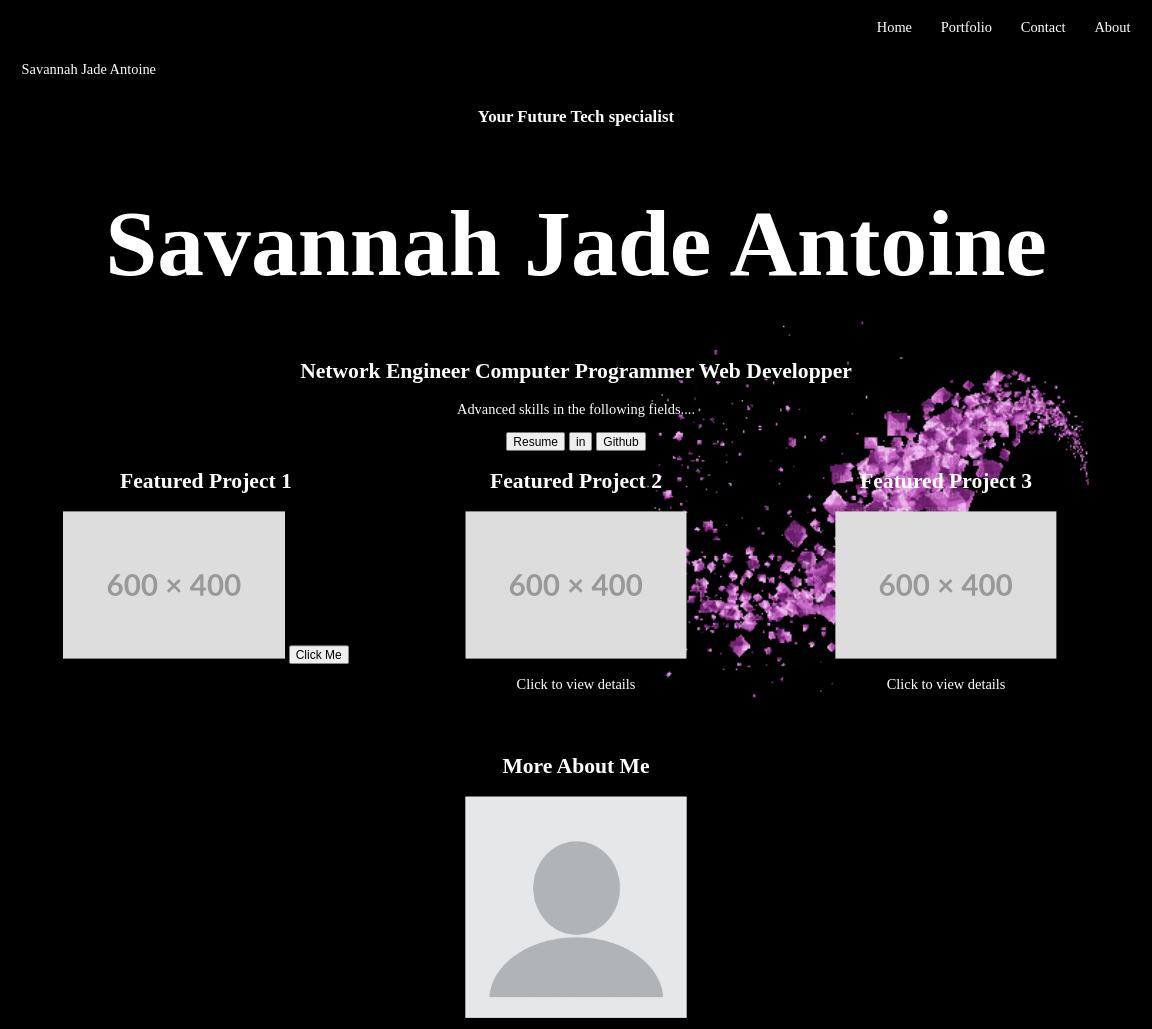
Repository: Savannah-Antoine/Savannah-Antoine
Page: index.html
An editor plug-in stored every save of this project. The page is shown before and after the next save, followed by the edit.
The browser window is 1280 px wide. The pictures show the whole page, at 90% of full size.

Above is the page before, as saved 2026-05-08 16:40:22.

After the next save:
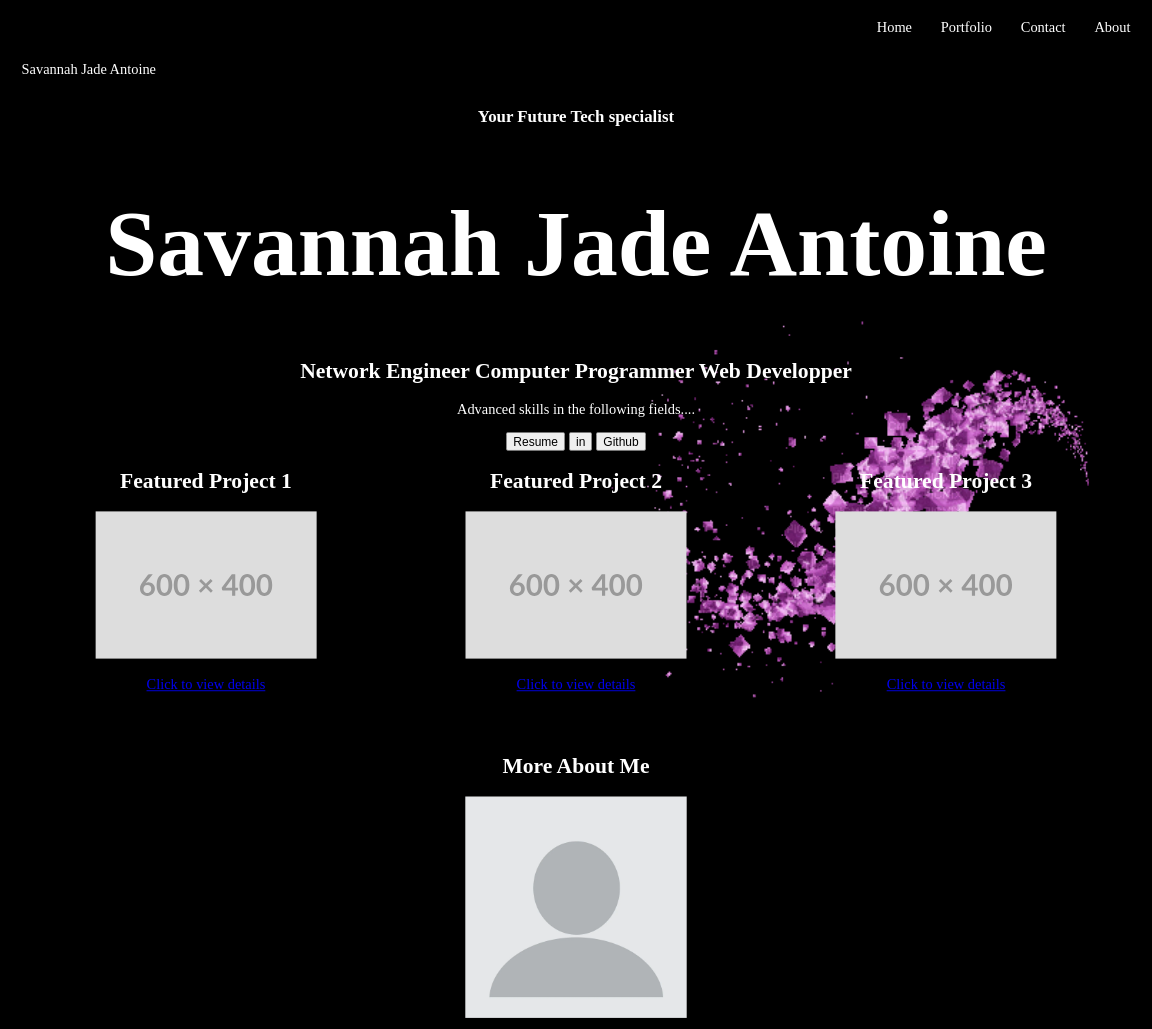
Saved 3 min 49 s later.
--- a/index.html
+++ b/index.html
@@ -34,21 +34,20 @@
 <section >
 <h2>Featured Project 1</h2>
 <img src = "./assets/images/placeholder1.svg" alt = "First Portfolio placeholder image" />
-<button type="button" onclick="alert('Button clicked!')">
-    Click Me
-</button>
+<p><a href = "./pages/project-name-1.html">Click to view details</a></p>
 
 </section>
 
 <section>
 <h2>Featured Project 2</h2>
 <img src = "./assets/images/placeholder1.svg" alt = "Second Portfolio placeholder image" />
-<p>Click to view details</p>
+<p><a href = "./pages/project-name-2.html">Click to view details</a></p>
 </section>
 <section>
 <h2>Featured Project 3</h2>
 <img src = "./assets/images/placeholder1.svg" alt = "Third Portfolio placeholder image" />
-<p>Click to view details</p>
+<p><a href = "./pages/project-name-3.html">Click to view details</a></p>
+
 </section>
 
 <section>
